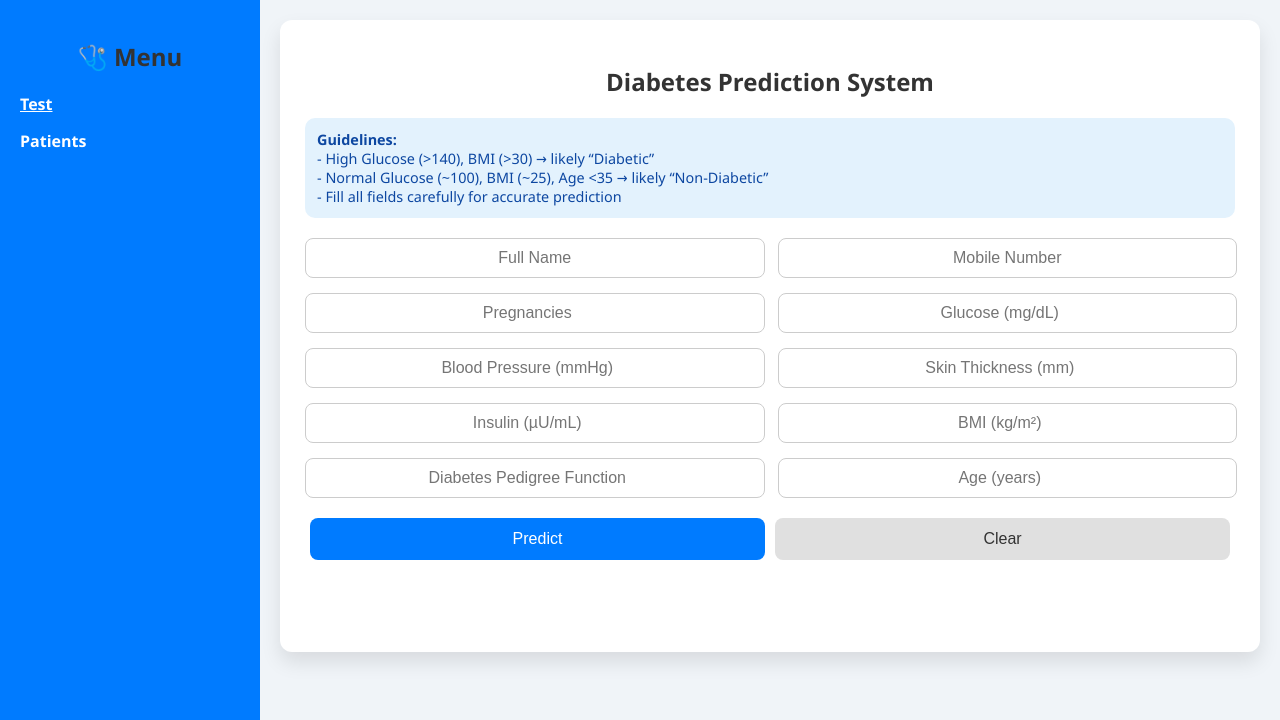
Repository: Aman14150/diabetes-prediction-system
Page: http://localhost/
The author's editor kept a copy of each file at every save. The page is drawn from the files as they stood at one save, then again after the next save.
The browser window is 1280 px wide. The pictures show the whole page.
The page is served by the project's application, run on Flask 3 (app.py).

Above is the page before, as saved 2025-10-07 19:43:28.

After the next save:
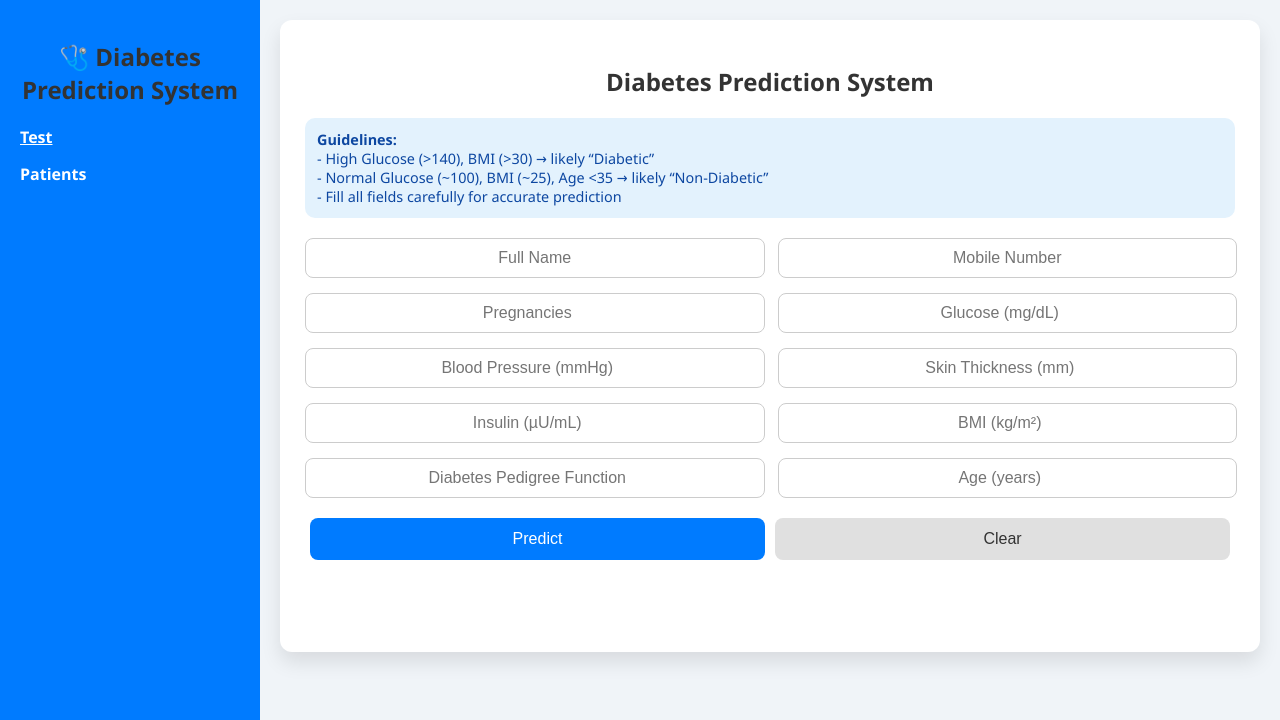
Saved 59 s later.
--- a/templates/index.html
+++ b/templates/index.html
@@ -8,7 +8,7 @@
 <body>
     <div class="container">
         <aside class="sidebar">
-            <h2>🩺 Menu</h2>
+            <h2>🩺 Diabetes Prediction System</h2>
             <ul>
                 <li><a href="/" class="{% if not show_patients %}active{% endif %}">Test</a></li>
                 <li><a href="/patients" class="{% if show_patients %}active{% endif %}">Patients</a></li>
